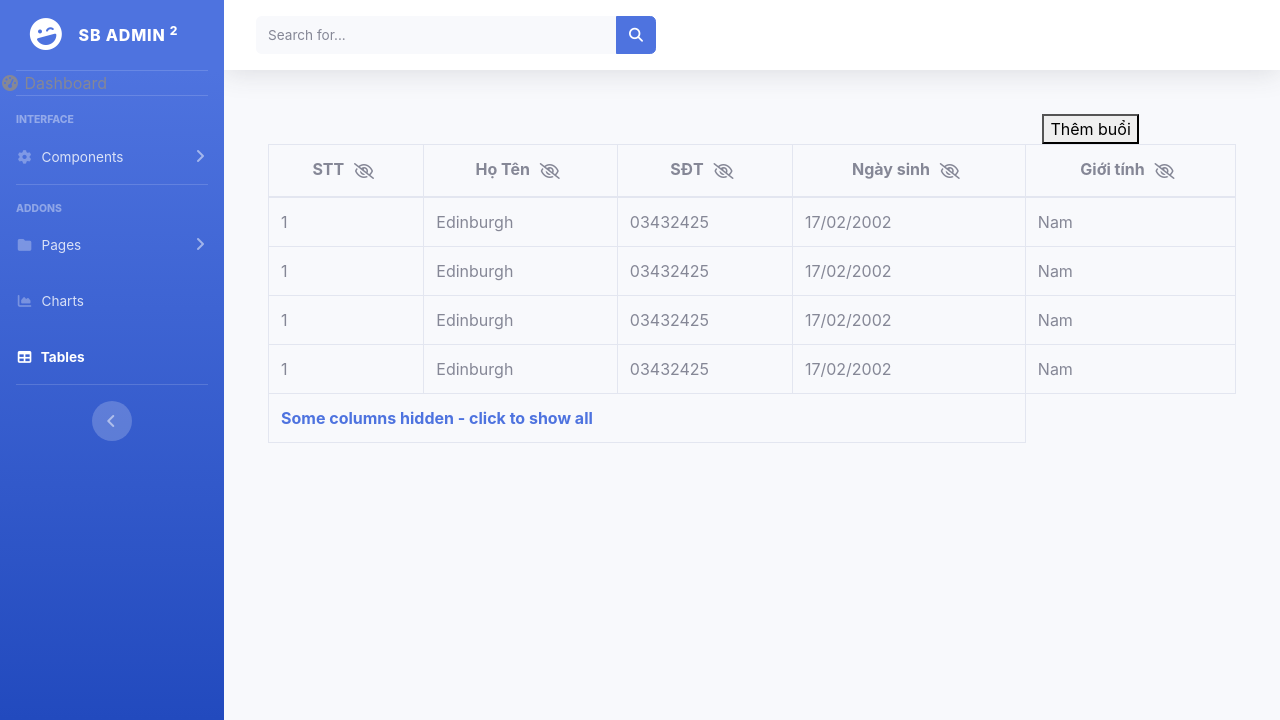
Repository: huyennvo/WebCiTEdu
Page: index.html
The author's editor kept a copy of each file at every save. The page is drawn from the files as they stood at one save, then again after the next save.
The browser window is 1280 px wide. The pictures show the whole page.
Some web libraries are served in a nearby version.

Above is the page before, as saved 2022-07-30 09:29:31.

After the next save:
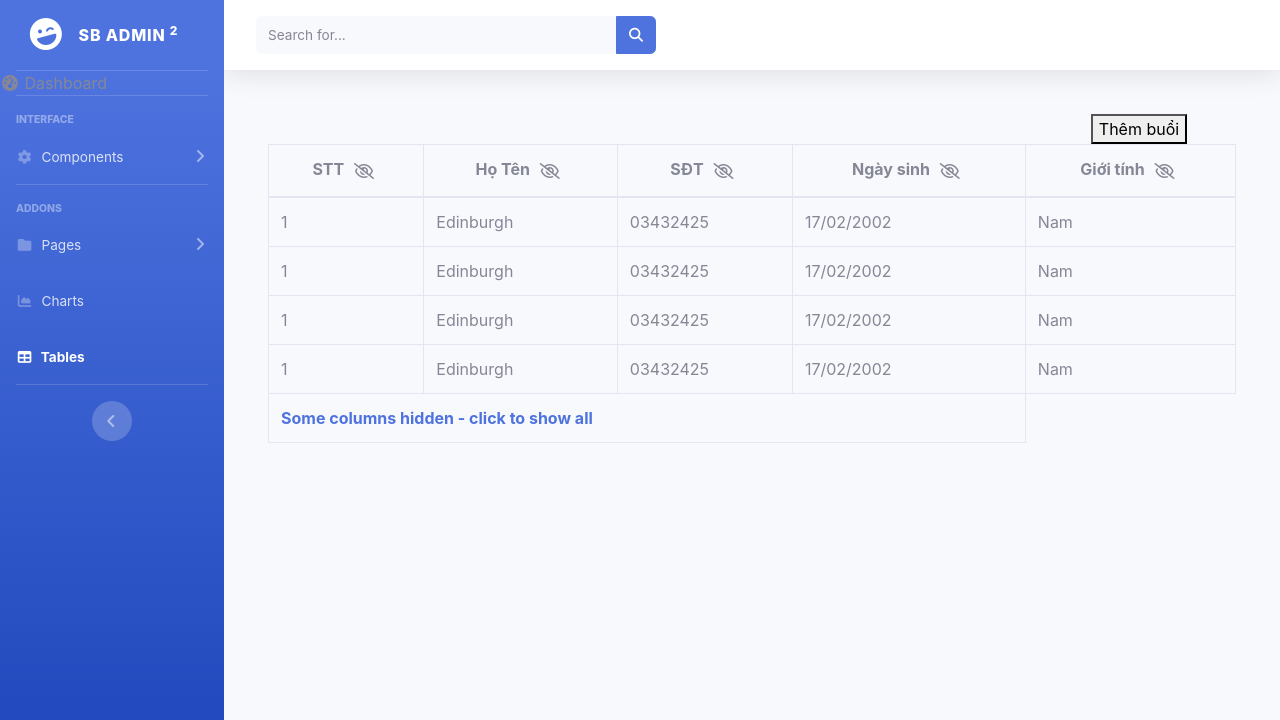
Saved 7 s later.
--- a/index.html
+++ b/index.html
@@ -192,7 +192,7 @@ crossorigin="anonymous"
 
                         <div class="table-responsive">
                             <button style="display: flex; position: relative;
-                            left: 80%;" id="insertCol">Thêm buổi</button>
+                            left: 85%;" id="insertCol">Thêm buổi</button>
                             <table class="table table-bordered" id="dataTable" width="100%" cellspacing="0">
                                 <thead style="text-align: center;">
                                     <tr id="row1">
